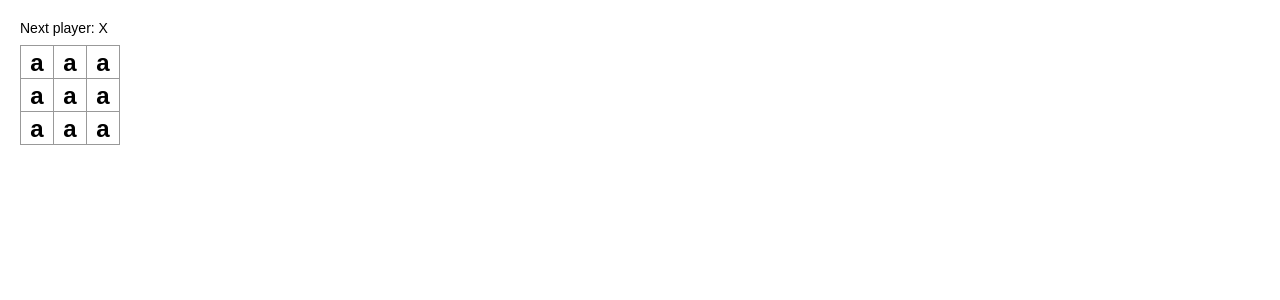
Repository: gomgomigom/react-tutorial
Page: /
These files come from the project's save history. The page is drawn as it stood at one moment and after the next save; the edit follows.
The browser window is 1280 px wide. The pictures show the whole page.
The project was rebuilt for these pictures with package versions that can differ from the ones it lists, and the page was loaded fresh each time.

Above is the page before, as saved 2021-12-23 15:04:54.

### src/index.js
import React from 'react';
import ReactDOM from 'react-dom';
import './index.css';

class Square extends React.Component {
  state = {
    value: null,
  };

  handleCheckX = () => {
    this.setState({ value: 'X' });
    this.props.onCheck({ value: 'X' });
  };

  render() {
    return (
      <button className='square' onClick={this.handleCheckX}>
        {this.props.value}
      </button>
    );
  }
}

class Board extends React.Component {
  state = { squares: Array(9).fill('a') };

  handleCheckX = (value) => {
    return this.setState(value);
  };

  renderSquare(i) {
    return <Square onCheck={this.handleCheckX} value={this.state.squares[i]} />;
  }

  render() {
    console.log(this.state.squares);
    const status = 'Next player: X';

    return (
      <div>
        <div className='status'>{status}</div>
        <div className='board-row'>
          {this.renderSquare(0)}
          {this.renderSquare(1)}
          {this.renderSquare(2)}
        </div>
        <div className='board-row'>
          {this.renderSquare(3)}
          {this.renderSquare(4)}
          {this.renderSquare(5)}
        </div>
        <div className='board-row'>
          {this.renderSquare(6)}
          {this.renderSquare(7)}
          {this.renderSquare(8)}
        </div>
      </div>
    );
  }
}

class Game extends React.Component {
  render() {
    return (
      <div className='game'>
        <div className='game-board'>
          <Board />
        </div>
        <div className='game-info'>
          <div>{/* status */}</div>
          <ol>{/* TODO */}</ol>
        </div>
      </div>
    );
  }
}

// ========================================

ReactDOM.render(<Game />, document.getElementById('root'));

Loaded but not shown: public/index.html (common file); src/index.css (common file)

After the next save:
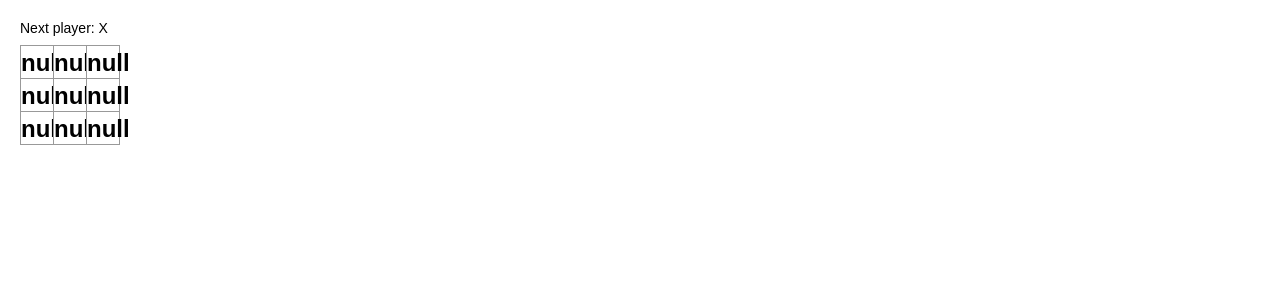
Saved 30 s later.
--- a/src/index.js
+++ b/src/index.js
@@ -22,7 +22,7 @@ class Square extends React.Component {
 }
 
 class Board extends React.Component {
-  state = { squares: Array(9).fill('a') };
+  state = { squares: Array(9).fill('null') };
 
   handleCheckX = (value) => {
     return this.setState(value);
